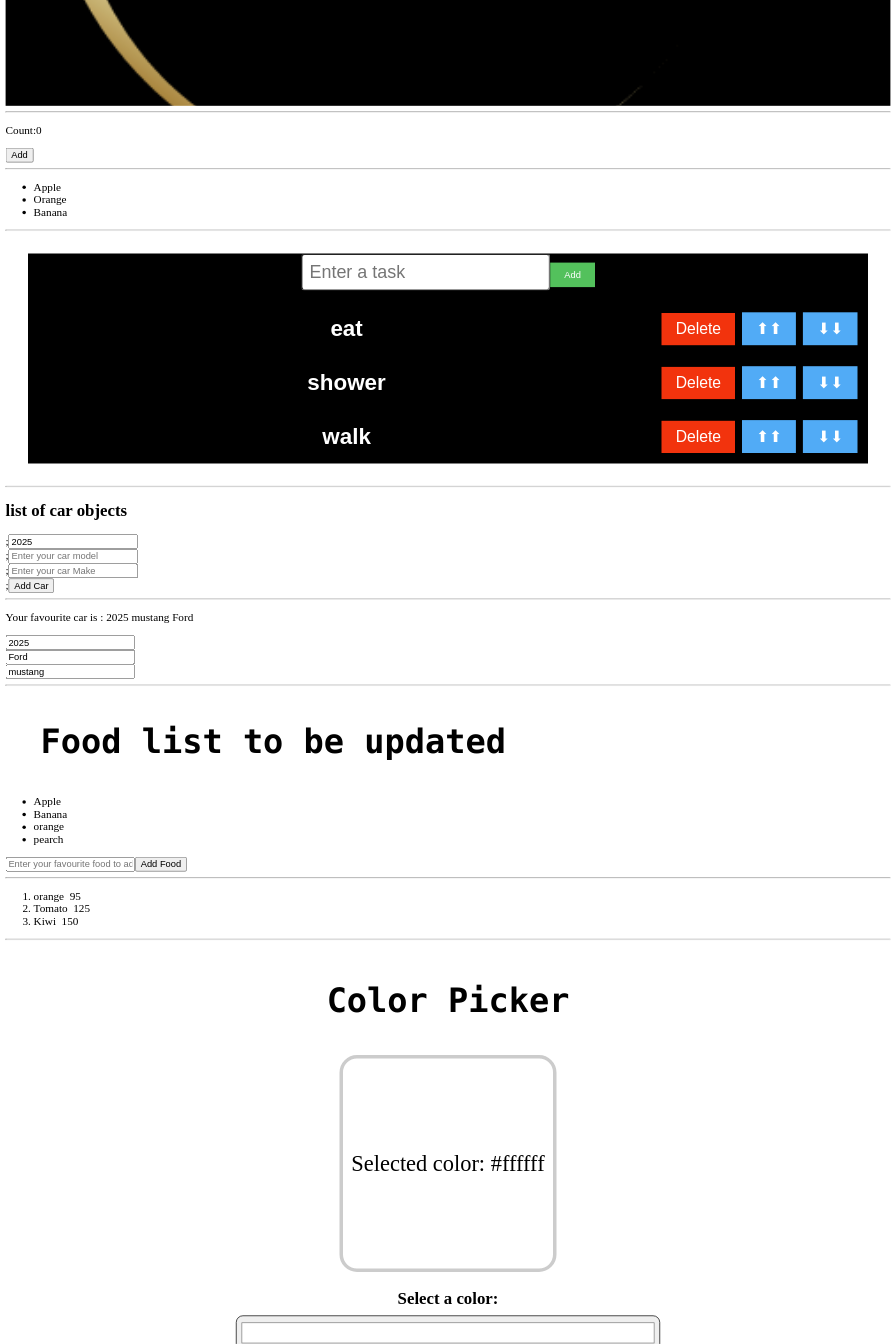
Repository: profbkmurage/reactLearning
Page: /
These files come from the project's save history. The page is drawn as it stood at one moment and after the next save; the edit follows.
The browser window is 1280 px wide. The pictures show the part of the page from y = 823 to 2743 px (the page is 6570 px tall before and 6562 px after), at 70% of full size.
Backgrounds fixed to the window are drawn as part of the page. The project was rebuilt for these pictures with package versions that can differ from the ones it lists, and the page was loaded fresh each time. Also part of the build but not shown: vite.config.js.

Above is the page before, as saved 2025-02-14 10:35:47.

After the next save:
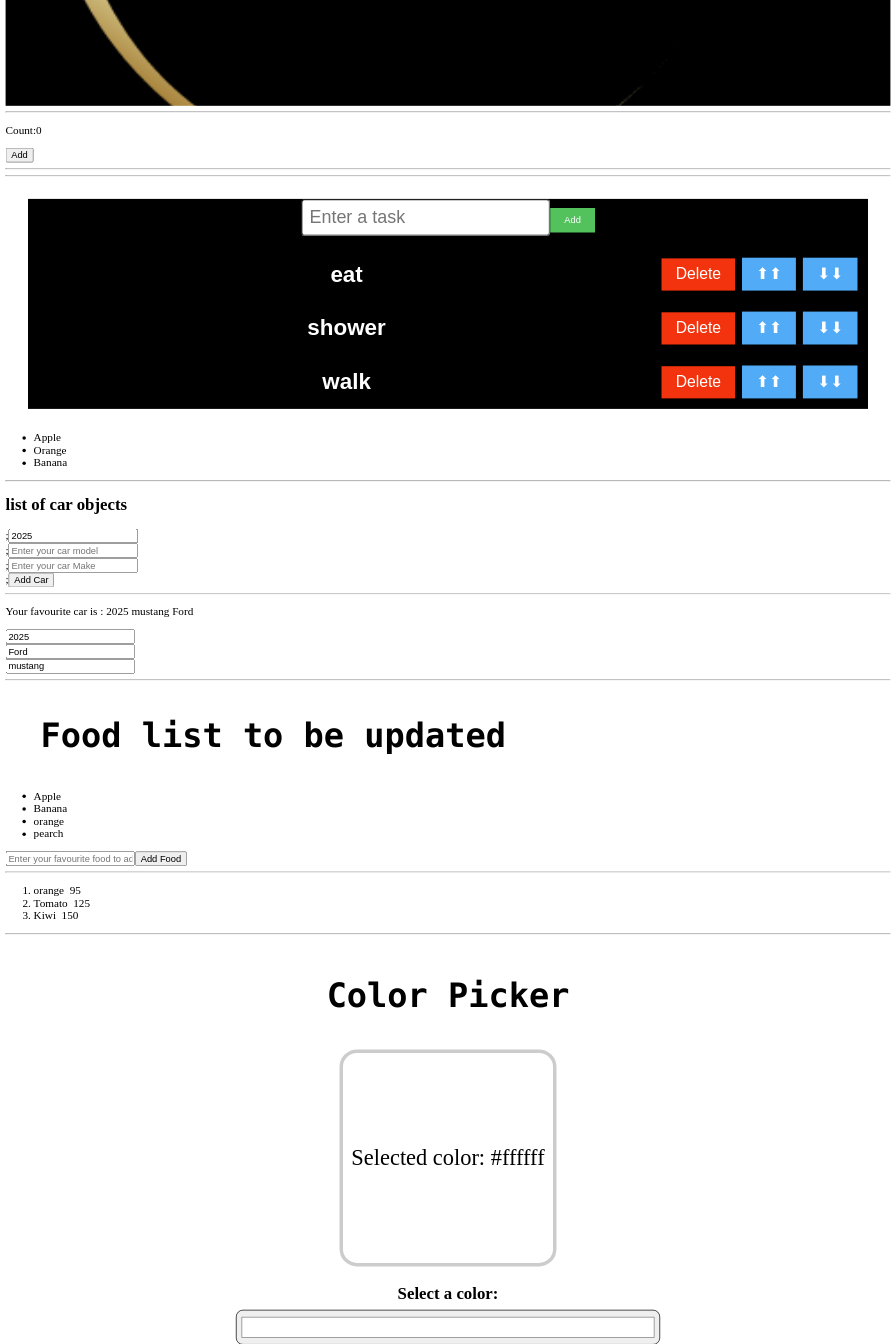
Saved 11 h 41 min later.
--- a/src/App.jsx
+++ b/src/App.jsx
@@ -49,9 +49,9 @@ function App() {
       <hr />
       <ComponetMain />
       <hr />
-      <Food />
       <hr />
       <ToDooList />
+      <Food />
       <hr />
       <CarUpdater/>
       <hr />
